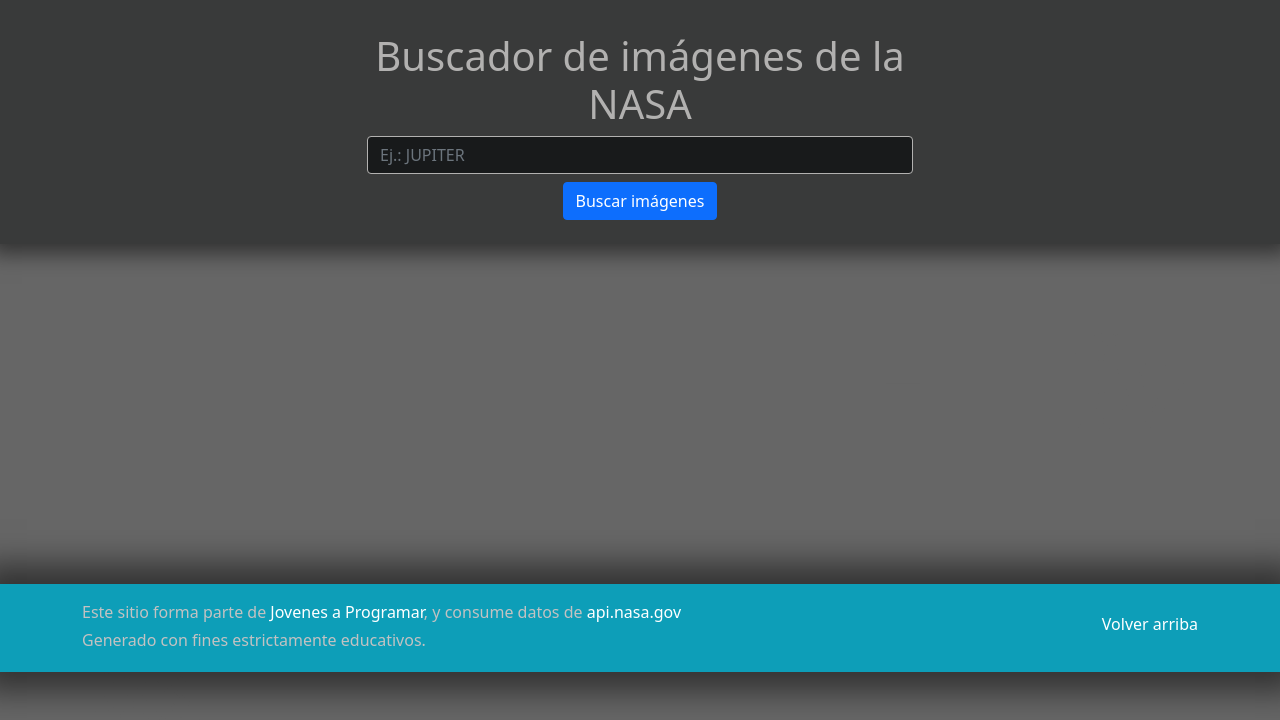
Repository: romancegirl/galaxies
Page: index.html
These files come from the project's save history. The page is drawn as it stood at one moment and after the next save; the edit follows.
The browser window is 1280 px wide. The pictures show the whole page.

Above is the page before, as saved 2024-11-18 22:27:39.

After the next save:
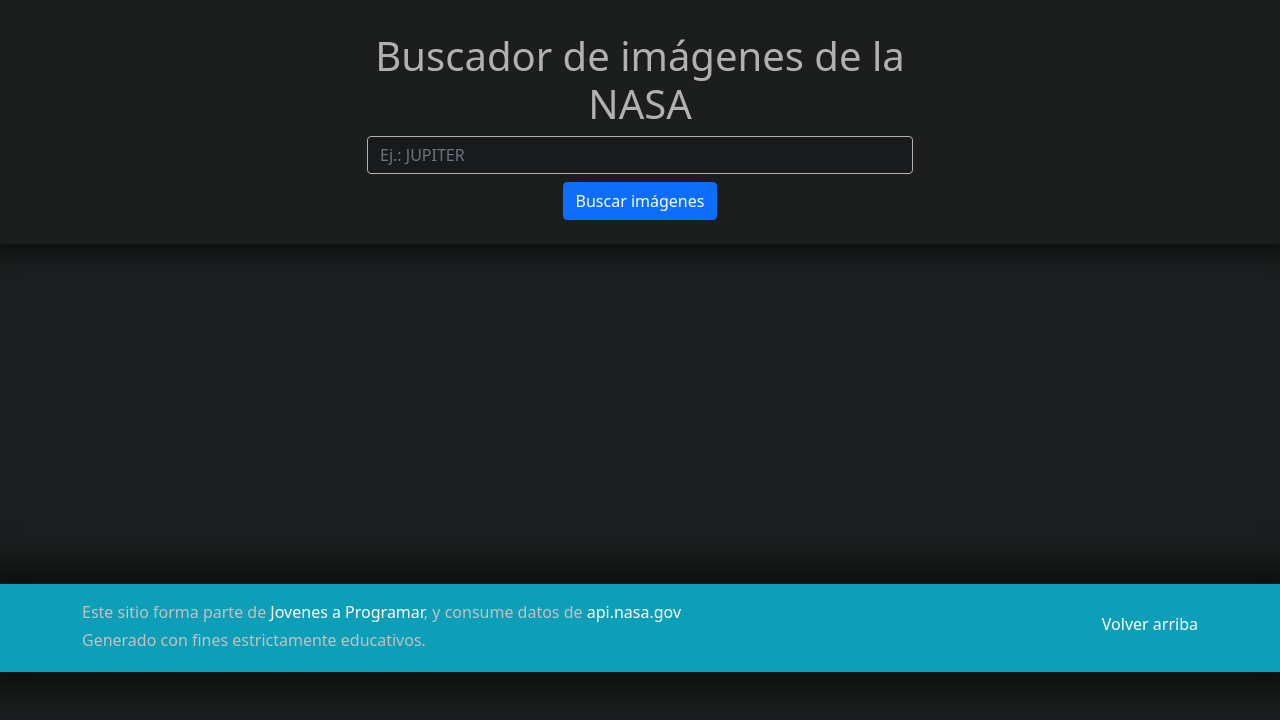
Saved 113 s later.
--- a/css/style.css
+++ b/css/style.css
@@ -1,14 +1,7 @@
 body {
     background-color: #1C1E1F;
     color: #B2B1B0;
-    background:
-        linear-gradient(rgba(0, 0, 0, 0.6), rgba(0, 0, 0, 0.6)),
-        url('../img/background.png');
-    background-size: 80rem;
-    background-position: top 0.2rem right 2.4rem;
-    background-repeat: repeat;
-    margin: 0;
-    padding: 0;
+
 }
 
 main {
